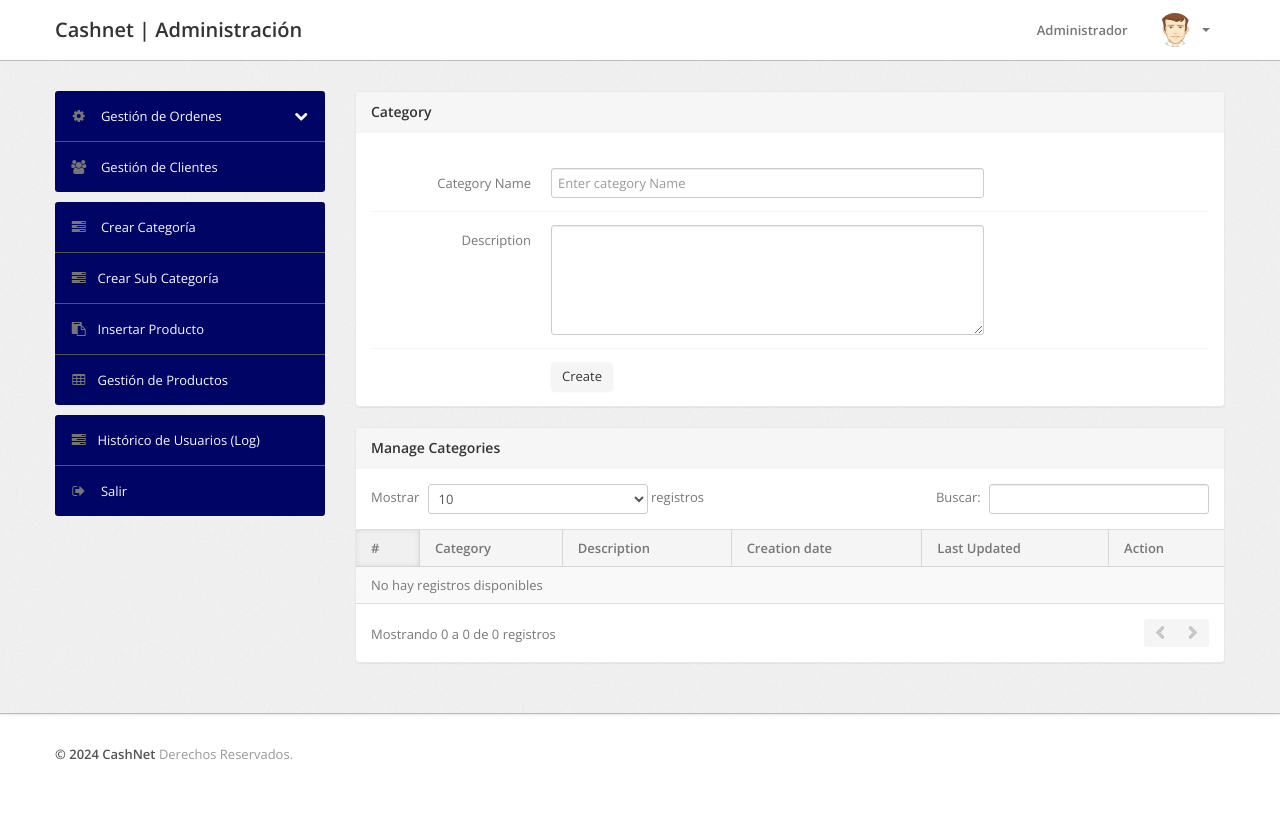
Repository: GVnet-VE/Fibernet
Page: http://localhost/fibernet/admin/category.php
The author's editor kept a copy of each file at every save. The page is drawn from the files as they stood at one save, then again after the next save.
The browser window is 1280 px wide. The pictures show the whole page.
The page is run by PHP 8.4 with error messages shown; the project is at /var/www/html/. The session is filled in as if someone had signed in: {"alogin": "testuser", "id": 1}. Other server files are loaded and not shown. Queries for data that is not in the repository find no rows.

Above is the page before, as saved 2024-12-12 08:46:34.

### admin/category.php

<?php
session_start();
include('include/config.php');
if(strlen($_SESSION['alogin'])==0)
	{
header('location:index.php');
}
else{
date_default_timezone_set('Asia/Kolkata');// change according timezone
$currentTime = date( 'd-m-Y h:i:s A', time () );


if(isset($_POST['submit']))
{
	$category=$_POST['category'];
	$description=$_POST['description'];
$sql=mysqli_query($con,"insert into category(categoryName,categoryDescription) values('$category','$description')");
$_SESSION['msg']="Category Created !!";

}

if(isset($_GET['del']))
		  {
		          mysqli_query($con,"delete from category where id = '".$_GET['id']."'");
                  $_SESSION['delmsg']="Category deleted !!";
		  }

?>
<!DOCTYPE html>
<html lang="en">
<head>
	<meta http-equiv="Content-Type" content="text/html; charset=utf-8" />
	<meta name="viewport" content="width=device-width, initial-scale=1.0">
	<title>Admin| Category</title>
	<link type="text/css" href="bootstrap/css/bootstrap.min.css" rel="stylesheet">
	<link type="text/css" href="bootstrap/css/bootstrap-responsive.min.css" rel="stylesheet">
	<link type="text/css" href="css/theme.css" rel="stylesheet">
	<link type="text/css" href="images/icons/css/font-awesome.css" rel="stylesheet">
	<link type="text/css" href='http://fonts.googleapis.com/css?family=Open+Sans:400italic,600italic,400,600' rel='stylesheet'>
</head>
<body>
<?php include('include/header.php');?>

	<div class="wrapper">
		<div class="container">
			<div class="row">
<?php include('include/sidebar.php');?>
			<div class="span9">
					<div class="content">

						<div class="module">
							<div class="module-head">
								<h3>Category</h3>
							</div>
							<div class="module-body">

									<?php if(isset($_POST['submit']))
{?>
									<div class="alert alert-success">
										<button type="button" class="close" data-dismiss="alert">×</button>
									<strong>Well done!</strong>	<?php echo htmlentities($_SESSION['msg']);?><?php echo htmlentities($_SESSION['msg']="");?>
									</div>
<?php } ?>


									<?php if(isset($_GET['del']))
{?>
									<div class="alert alert-error">
										<button type="button" class="close" data-dismiss="alert">×</button>
									<strong>Oh snap!</strong> 	<?php echo htmlentities($_SESSION['delmsg']);?><?php echo htmlentities($_SESSION['delmsg']="");?>
									</div>
<?php } ?>

									<br />

			<form class="form-horizontal row-fluid" name="Category" method="post" >

<div class="control-group">
<label class="control-label" for="basicinput">Category Name</label>
<div class="controls">
<input type="text" placeholder="Enter category Name"  name="category" class="span8 tip" required>
</div>
</div>


<div class="control-group">
											<label class="control-label" for="basicinput">Description</label>
											<div class="controls">
												<textarea class="span8" name="description" rows="5"></textarea>
											</div>
										</div>

	<div class="control-group">
											<div class="controls">
												<button type="submit" name="submit" class="btn">Create</button>
											</div>
										</div>
									</form>
							</div>
						</div>


	<div class="module">
							<div class="module-head">
								<h3>Manage Categories</h3>
							</div>
							<div class="module-body table">
								<table cellpadding="0" cellspacing="0" border="0" class="datatable-1 table table-bordered table-striped	 display" width="100%">
									<thead>
										<tr>
											<th>#</th>
											<th>Category</th>
											<th>Description</th>
											<th>Creation date</th>
											<th>Last Updated</th>
											<th>Action</th>
										</tr>
									</thead>
									<tbody>

<?php $query=mysqli_query($con,"select * from category");
$cnt=1;
while($row=mysqli_fetch_array($query))
{
?>
										<tr>
											<td><?php echo htmlentities($cnt);?></td>
											<td><?php echo htmlentities($row['categoryName']);?></td>
											<td><?php echo htmlentities($row['categoryDescription']);?></td>
											<td> <?php echo htmlentities($row['creationDate']);?></td>
											<td><?php echo htmlentities($row['updationDate']);?></td>
											<td>
											<a href="edit-category.php?id=<?php echo $row['id']?>" ><i class="icon-edit"></i></a>
											<a href="category.php?id=<?php echo $row['id']?>&del=delete" onClick="return confirm('Are you sure you want to delete?')"><i class="icon-remove-sign"></i></a></td>
										</tr>
										<?php $cnt=$cnt+1; } ?>

								</table>
							</div>
						</div>



					</div><!--/.content-->
				</div><!--/.span9-->
			</div>
		</div><!--/.container-->
	</div><!--/.wrapper-->

<?php include('include/footer.php');?>

	<script src="scripts/jquery-1.9.1.min.js" type="text/javascript"></script>
	<script src="scripts/jquery-ui-1.10.1.custom.min.js" type="text/javascript"></script>
	<script src="bootstrap/js/bootstrap.min.js" type="text/javascript"></script>
	<script src="scripts/flot/jquery.flot.js" type="text/javascript"></script>
	<script src="scripts/datatables/jquery.dataTables.js"></script>
	<script>
		$(document).ready(function() {
			$('.datatable-1').dataTable();
			$('.dataTables_paginate').addClass("btn-group datatable-pagination");
			$('.dataTables_paginate > a').wrapInner('<span />');
			$('.dataTables_paginate > a:first-child').append('<i class="icon-chevron-left shaded"></i>');
			$('.dataTables_paginate > a:last-child').append('<i class="icon-chevron-right shaded"></i>');
		} );
	</script>
</body>
<?php } ?>

### admin/include/config.php
<?php
define('DB_SERVER','localhost');
define('DB_USER','root');
define('DB_PASS' ,'pasantes.2025');
define('DB_NAME', 'shoppnet');
$con = mysqli_connect(DB_SERVER,DB_USER,DB_PASS,DB_NAME);
// Check connection
if (mysqli_connect_errno())
{
 echo "Failed to connect to MySQL**: " . mysqli_connect_error();
}
?>

### admin/include/header.php
<div class="navbar navbar-fixed-top">
		<div class="navbar-inner">
			<div class="container">
				<a class="btn btn-navbar" data-toggle="collapse" data-target=".navbar-inverse-collapse">
					<i class="icon-reorder shaded"></i>
				</a>

			  	<a class="brand" href="index.html">
				  Cashnet | Administración
			  	</a>

				<div class="nav-collapse collapse navbar-inverse-collapse">
					<ul class="nav pull-right">
						<li><a href="#">
							Administrador
						</a></li>
						<li class="nav-user dropdown">
							<a href="#" class="dropdown-toggle" data-toggle="dropdown">
								<img src="images/user.png" class="nav-avatar" />
								<b class="caret"></b>
							</a>
							<ul class="dropdown-menu">
								<li><a href="change-password.php">Cambiar Password</a></li>
								<li class="divider"></li>
								<li><a href="logout.php">Salir</a></li>
							</ul>
						</li>
					</ul>
				</div><!-- /.nav-collapse -->
			</div>
		</div><!-- /navbar-inner -->
	</div><!-- /navbar -->

### admin/include/sidebar.php
<div class="span3">
					<div class="sidebar">


<ul class="widget widget-menu unstyled">
							<li>
								<a class="collapsed" data-toggle="collapse" href="#togglePages">
									<i class="menu-icon icon-cog"></i>
									<i class="icon-chevron-down pull-right"></i><i class="icon-chevron-up pull-right"></i>
									Gestión de Ordenes
								</a>
								<ul id="togglePages" class="collapse unstyled">
									<li>
										<a href="todays-orders.php">
											<i class="icon-tasks"></i>
											Ordenes del Día
  <?php
  $f1="00:00:00";
$from=date('Y-m-d')." ".$f1;
$t1="23:59:59";
$to=date('Y-m-d')." ".$t1;
 $result = mysqli_query($con,"SELECT * FROM Orders where orderDate Between '$from' and '$to'");
$num_rows1 = mysqli_num_rows($result);
{
?>
											<b class="label orange pull-right"><?php echo htmlentities($num_rows1); ?></b>
											<?php } ?>
										</a>
									</li>
									<li>
										<a href="pending-orders.php">
											<i class="icon-tasks"></i>
											Ordenes Pendientes
										<?php
	$status='Delivered';
$ret = mysqli_query($con,"SELECT * FROM Orders where orderStatus!='$status' || orderStatus is null ");
$num = mysqli_num_rows($ret);
{?><b class="label orange pull-right"><?php echo htmlentities($num); ?></b>
<?php } ?>
										</a>
									</li>
									<li>
										<a href="delivered-orders.php">
											<i class="icon-inbox"></i>
											Ordenes Entregadas
								<?php
	$status='Delivered';
$rt = mysqli_query($con,"SELECT * FROM Orders where orderStatus='$status'");
$num1 = mysqli_num_rows($rt);
{?><b class="label green pull-right"><?php echo htmlentities($num1); ?></b>
<?php } ?>

										</a>
									</li>
								</ul>
							</li>

							<li>
								<a href="manage-users.php">
									<i class="menu-icon icon-group"></i>
									Gestión de Clientes
								</a>
							</li>
						</ul>


						<ul class="widget widget-menu unstyled">
                                <li><a href="category.php"><i class="menu-icon icon-tasks"></i> Crear Categoría </a></li>
                                <li><a href="subcategory.php"><i class="menu-icon icon-tasks"></i>Crear Sub Categoría </a></li>
                                <li><a href="insert-product.php"><i class="menu-icon icon-paste"></i>Insertar Producto </a></li>
                                <li><a href="manage-products.php"><i class="menu-icon icon-table"></i>Gestión de Productos </a></li>

                            </ul><!--/.widget-nav-->

						<ul class="widget widget-menu unstyled">
							<li><a href="user-logs.php"><i class="menu-icon icon-tasks"></i>Histórico de Usuarios (Log) </a></li>

							<li>
								<a href="logout.php">
									<i class="menu-icon icon-signout"></i>
									Salir
								</a>
							</li>
						</ul>

					</div><!--/.sidebar-->
				</div><!--/.span3-->

### admin/include/footer.php
	<div class="footer">
		<div class="container">


			<b class="copyright">&copy; 2024 CashNet </b> Derechos Reservados.
		</div>
	</div>

Loaded but not shown: admin/bootstrap/css/bootstrap.min.css (library); admin/bootstrap/css/bootstrap-responsive.min.css (library); admin/images/icons/css/font-awesome.css (library); admin/scripts/jquery-1.9.1.min.js (library); admin/scripts/jquery-ui-1.10.1.custom.min.js (library); admin/bootstrap/js/bootstrap.min.js (library); admin/scripts/flot/jquery.flot.js (library); admin/scripts/datatables/jquery.dataTables.js (library); admin/css/theme.css (1695 lines, source omitted)

After the next save:
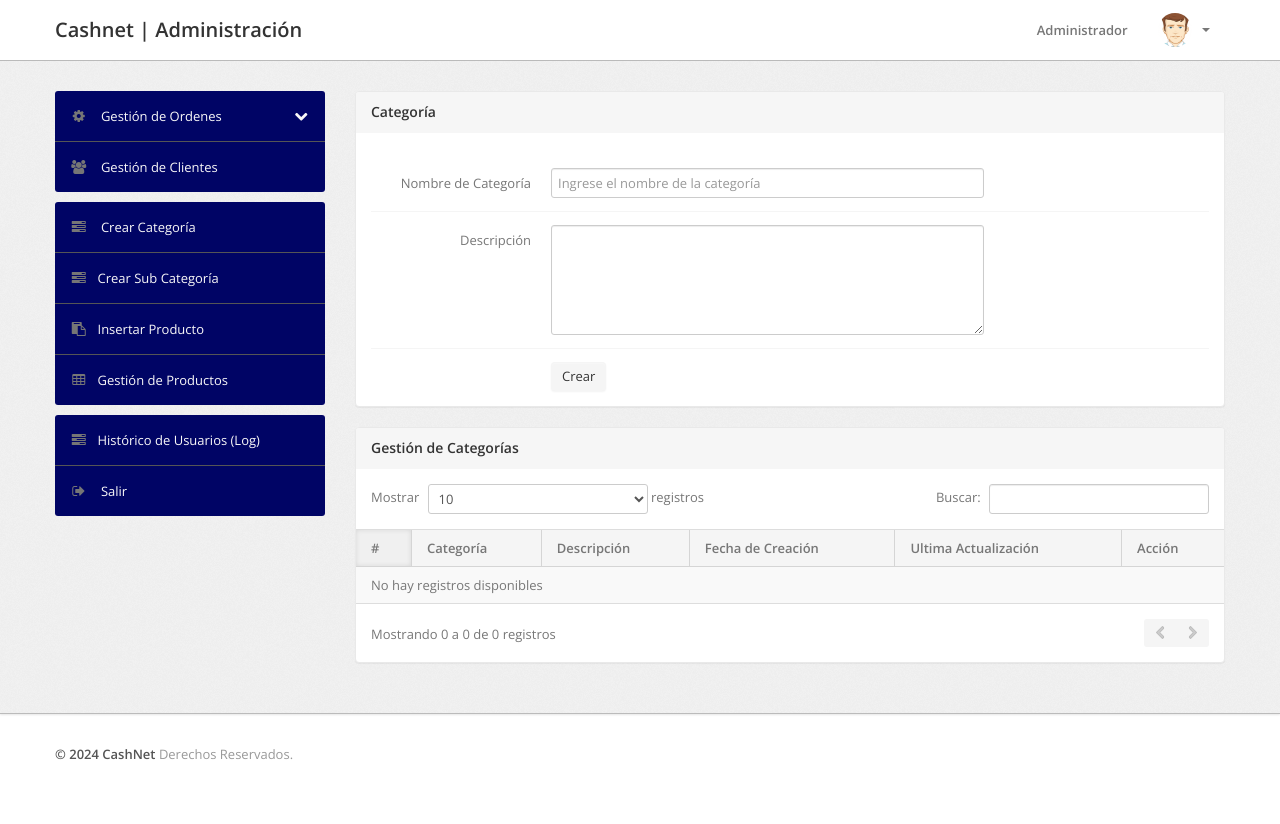
Saved 3 h 7 min later.
--- a/admin/category.php
+++ b/admin/category.php
@@ -7,7 +7,7 @@ if(strlen($_SESSION['alogin'])==0)
 header('location:index.php');
 }
 else{
-date_default_timezone_set('Asia/Kolkata');// change according timezone
+date_default_timezone_set('America/Caracas');// change according timezone
 $currentTime = date( 'd-m-Y h:i:s A', time () );
 
 
@@ -16,14 +16,14 @@ if(isset($_POST['submit']))
 	$category=$_POST['category'];
 	$description=$_POST['description'];
 $sql=mysqli_query($con,"insert into category(categoryName,categoryDescription) values('$category','$description')");
-$_SESSION['msg']="Category Created !!";
+$_SESSION['msg']="Categoría Creada !!";
 
 }
 
 if(isset($_GET['del']))
 		  {
 		          mysqli_query($con,"delete from category where id = '".$_GET['id']."'");
-                  $_SESSION['delmsg']="Category deleted !!";
+                  $_SESSION['delmsg']="Categoria Borrada !!";
 		  }
 
 ?>
@@ -51,7 +51,7 @@ if(isset($_GET['del']))
 
 						<div class="module">
 							<div class="module-head">
-								<h3>Category</h3>
+								<h3>Categoría</h3>
 							</div>
 							<div class="module-body">
 
@@ -59,7 +59,7 @@ if(isset($_GET['del']))
 {?>
 									<div class="alert alert-success">
 										<button type="button" class="close" data-dismiss="alert">×</button>
-									<strong>Well done!</strong>	<?php echo htmlentities($_SESSION['msg']);?><?php echo htmlentities($_SESSION['msg']="");?>
+									<strong>Bien hecho!</strong>	<?php echo htmlentities($_SESSION['msg']);?><?php echo htmlentities($_SESSION['msg']="");?>
 									</div>
 <?php } ?>
 
@@ -68,7 +68,7 @@ if(isset($_GET['del']))
 {?>
 									<div class="alert alert-error">
 										<button type="button" class="close" data-dismiss="alert">×</button>
-									<strong>Oh snap!</strong> 	<?php echo htmlentities($_SESSION['delmsg']);?><?php echo htmlentities($_SESSION['delmsg']="");?>
+									<strong>Vaya!</strong> 	<?php echo htmlentities($_SESSION['delmsg']);?><?php echo htmlentities($_SESSION['delmsg']="");?>
 									</div>
 <?php } ?>
 
@@ -77,15 +77,15 @@ if(isset($_GET['del']))
 			<form class="form-horizontal row-fluid" name="Category" method="post" >
 
 <div class="control-group">
-<label class="control-label" for="basicinput">Category Name</label>
+<label class="control-label" for="basicinput">Nombre de Categoría</label>
 <div class="controls">
-<input type="text" placeholder="Enter category Name"  name="category" class="span8 tip" required>
+<input type="text" placeholder="Ingrese el nombre de la categoría"  name="category" class="span8 tip" required>
 </div>
 </div>
 
 
 <div class="control-group">
-											<label class="control-label" for="basicinput">Description</label>
+											<label class="control-label" for="basicinput">Descripción</label>
 											<div class="controls">
 												<textarea class="span8" name="description" rows="5"></textarea>
 											</div>
@@ -93,7 +93,7 @@ if(isset($_GET['del']))
 
 	<div class="control-group">
 											<div class="controls">
-												<button type="submit" name="submit" class="btn">Create</button>
+												<button type="submit" name="submit" class="btn">Crear</button>
 											</div>
 										</div>
 									</form>
@@ -103,18 +103,18 @@ if(isset($_GET['del']))
 
 	<div class="module">
 							<div class="module-head">
-								<h3>Manage Categories</h3>
+								<h3>Gestión de Categorías</h3>
 							</div>
 							<div class="module-body table">
 								<table cellpadding="0" cellspacing="0" border="0" class="datatable-1 table table-bordered table-striped	 display" width="100%">
 									<thead>
 										<tr>
 											<th>#</th>
-											<th>Category</th>
-											<th>Description</th>
-											<th>Creation date</th>
-											<th>Last Updated</th>
-											<th>Action</th>
+											<th>Categoría</th>
+											<th>Descripción</th>
+											<th>Fecha de Creación</th>
+											<th>Ultima Actualización</th>
+											<th>Acción</th>
 										</tr>
 									</thead>
 									<tbody>
@@ -132,7 +132,7 @@ while($row=mysqli_fetch_array($query))
 											<td><?php echo htmlentities($row['updationDate']);?></td>
 											<td>
 											<a href="edit-category.php?id=<?php echo $row['id']?>" ><i class="icon-edit"></i></a>
-											<a href="category.php?id=<?php echo $row['id']?>&del=delete" onClick="return confirm('Are you sure you want to delete?')"><i class="icon-remove-sign"></i></a></td>
+											<a href="category.php?id=<?php echo $row['id']?>&del=delete" onClick="return confirm('Está seguro de eliminar esta categoría?')"><i class="icon-remove-sign"></i></a></td>
 										</tr>
 										<?php $cnt=$cnt+1; } ?>
 
